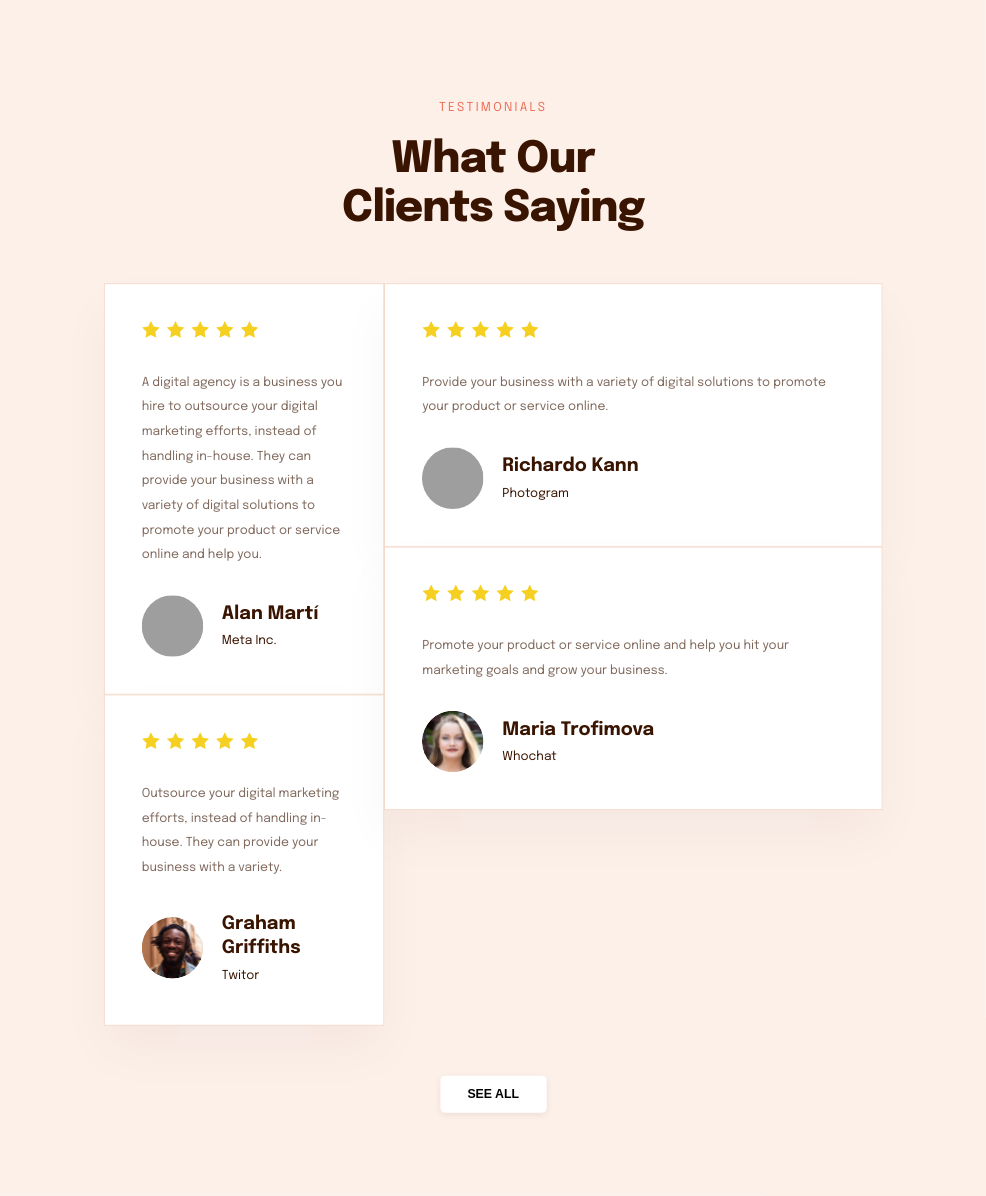
Repository: NatiqSamiyev/image-task
Page: aboutPage/index.html
The author's editor kept a copy of each file at every save. The page is drawn from the files as they stood at one save, then again after a run of saves.
The browser window is 1280 px wide. The pictures show the whole page, at 77% of full size.
Pictures or frames that could not be fetched are drawn as grey boxes.

Above is the page before, as saved 2023-08-28 15:28:14.

### aboutPage/index.html
<!DOCTYPE html>
<html lang="en">
  <head>
    <meta charset="UTF-8" />
    <meta name="viewport" content="width=device-width, initial-scale=1.0" />
    <title>Document</title>
    <link rel="stylesheet" href="./index.css" />
  </head>
  <body>
    <div class="about-page-container">
      <div class="text-box">
        <h1>Testimonials</h1>

        <h2>What Our Clients Saying</h2>
      </div>

      <div class="image-box">
        <div class="left">
          <div class="box">
            <div class="top-box">
              <img src="../image/star (1).svg" alt="" />
              <p>
                A digital agency is a business you hire to outsource your
                digital marketing efforts, instead of handling in-house. They
                can provide your business with a variety of digital solutions to
                promote your product or service online and help you.
              </p>
            </div>
            <div class="bottom-box">
              <img src="../image/Oval.svg" alt="" />
              <div class="user-info">
                <h3>Alan Martí</h3>
                <p>Meta Inc.</p>
              </div>
            </div>
          </div>

          <div class="box">
            <div class="top-box">
              <img src="../image/star (1).svg" alt="" />
              <p>
                Outsource your digital marketing efforts, instead of handling
                in-house. They can provide your business with a variety.
              </p>
            </div>
            <div class="bottom-box">
              <img src="../image/Oval (1).svg" alt="" />
              <div class="user-info">
                <h3>Graham Griffiths</h3>
                <p>Twitor</p>
              </div>
            </div>
          </div>
        </div>

        <div class="right">
          <div class="box">
            <div class="top-box">
              <img src="../image/star (1).svg" alt="" />
              <p>
                Provide your business with a variety of digital solutions to
                promote your product or service online.
              </p>
            </div>
            <div class="bottom-box">
              <img src="../image/Oval.svg" alt="" />
              <div class="user-info">
                <h3>Richardo Kann</h3>
                <p>Photogram</p>
              </div>
            </div>
          </div>

          <div class="box">
            <div class="top-box">
              <img src="../image/star (1).svg" alt="" />
              <p>
                Promote your product or service online and help you hit your
                marketing goals and grow your business.
              </p>
            </div>
            <div class="bottom-box">
              <img src="../image/Oval (3).svg" alt="" />
              <div class="user-info">
                <h3>Maria Trofimova</h3>
                <p>Whochat</p>
              </div>
            </div>
          </div>
        </div>
      </div>

      <div class="bottom">
        <button>SEE ALL</button>
      </div>
    </div>
  </body>
</html>

### aboutPage/index.css
@import url("https://fonts.googleapis.com/css2?family=Epilogue:wght@400;700;800&family=Roboto+Slab:wght@700&family=Roboto:wght@400;700&display=swap");
* {
  margin: 0;
  padding: 0;
  box-sizing: border-box;
}

.about-page-container {
  width: 100%;
  padding: 124px 134px 108px 135px;
  background-color: #fdf0e9;
  min-height: 100vh;
}

.about-page-container .text-box h1 {
  margin-bottom: 20px;
  color: var(--text-dark-accent, #ef6d58);
  text-align: center;
  font-feature-settings: "clig" off, "liga" off;
  font-family: Epilogue;
  font-size: 16px;
  font-style: normal;
  font-weight: 400;
  line-height: 32px;
  letter-spacing: 3px;
  text-transform: uppercase;
}

.about-page-container .text-box h2 {
  width: 394px;
  margin: auto;
  color: var(--text-dark, #391400);
  text-align: center;
  font-feature-settings: "clig" off, "liga" off;
  font-family: Epilogue;
  font-size: 56px;
  font-style: normal;
  font-weight: 800;
  line-height: 64px;
  letter-spacing: -1px;
}

.about-page-container .image-box {
  display: flex;
  margin-top: 64px;
}

.about-page-container .image-box .left {
  width: 50%;
}

.about-page-container .bottom {
  margin-top: 65px;
  text-align: center;
}

.about-page-container .bottom button {
  width: 138px;
  height: 48px;
  border-radius: 6px;
  background: #fff;
  box-shadow: 0px 3px 9px 0px rgba(57, 20, 0, 0.08);
  border: 0px solid #f3d1bf;
  font-size: 16px;
  font-weight: 800;
  line-height: 32px;
}

.image-box .box {
  padding: 48px;
  border: 1px solid #f3d1bf;
  background: #fff;
  box-shadow: 0px 32px 64px 0px rgba(57, 20, 0, 0.04);
}
.image-box .box .top-box{

}
.image-box .box .top-box img {
  width: 152px;
  height: 24px;
}

.image-box .box .top-box p{
  margin-top: 36px;
  color: var(--text-dark-gray, rgba(57, 20, 0, 0.64));
  font-feature-settings: "clig" off, "liga" off;
  font-family: Epilogue;
  font-size: 16px;
  font-style: normal;
  font-weight: 400;
  line-height: 32px;
}
.image-box .box ul{
  margin-top: 31px;
  display: flex;
  align-items: center;
}
.image-box .box ul li{
  list-style-type: none;
}
.image-box .box .bottom-box{
  display: flex;
  align-items: center;
  margin-top: 36px;
}
.image-box .box .bottom-box .user-info h3{
  margin-top: 5px;
  color: var(--text-dark, #391400);
  font-feature-settings: "clig" off, "liga" off;
  font-family: Epilogue;
  font-size: 24px;
  font-style: normal;
  font-weight: 700;
  line-height: 32px;
}
.image-box .box .bottom-box .user-info p{
  margin-top: 3px;
  color: var(--text-dark, #391400);
  font-feature-settings: "clig" off, "liga" off;
  font-family: Epilogue;
  font-size: 16px;
  font-style: normal;
  font-weight: 400;
  line-height: 32px;
}
.image-box .box .bottom-box img{
  width: 80px;
  height: 80px;
  border-radius: 80px;
  margin-right: 24px;
}

After the next 3 saves:
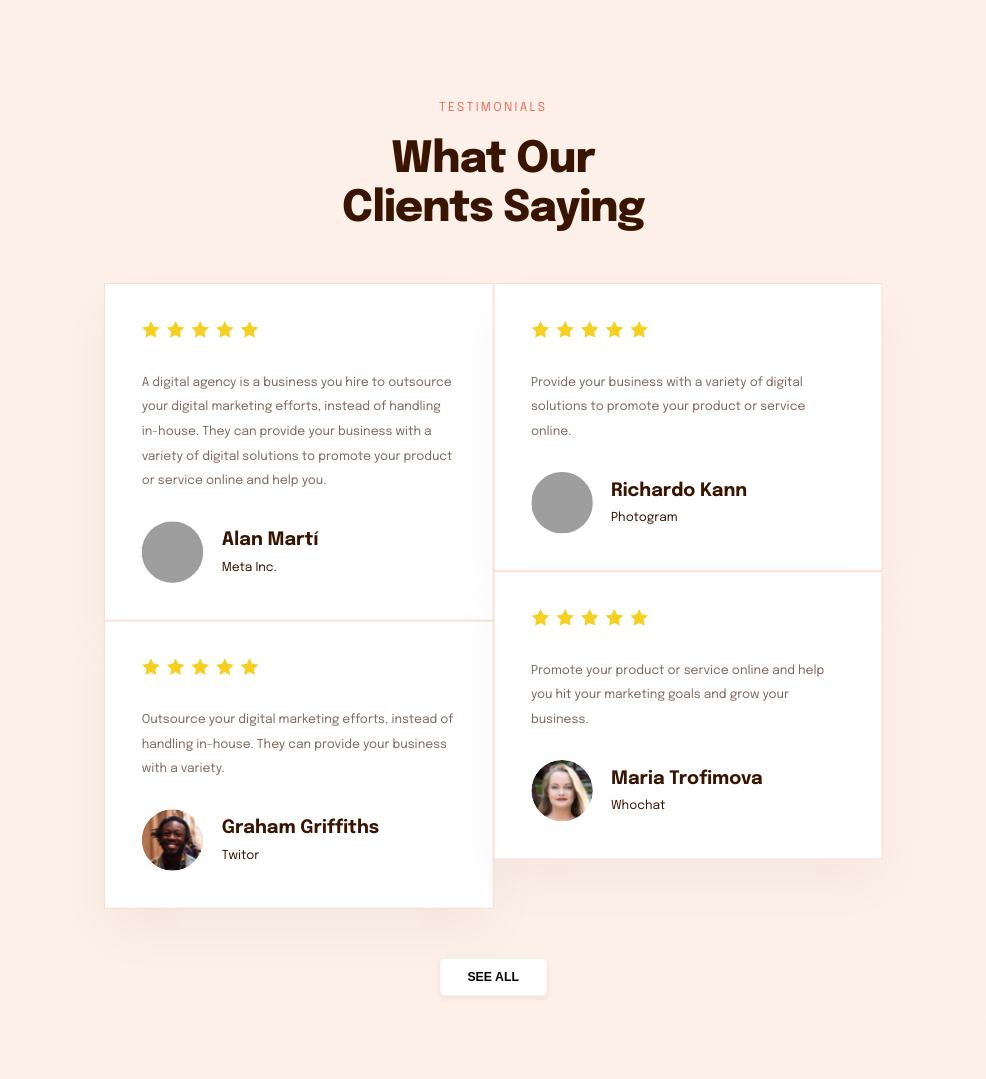
The 3 saves are shown as one change because they came seconds apart.
The last was saved 25 s later.
--- a/aboutPage/index.css
+++ b/aboutPage/index.css
@@ -46,6 +46,9 @@
 }
 
 .about-page-container .image-box .left {
+  width: 50%;
+}
+.about-page-container .image-box .right {
   width: 50%;
 }
 
